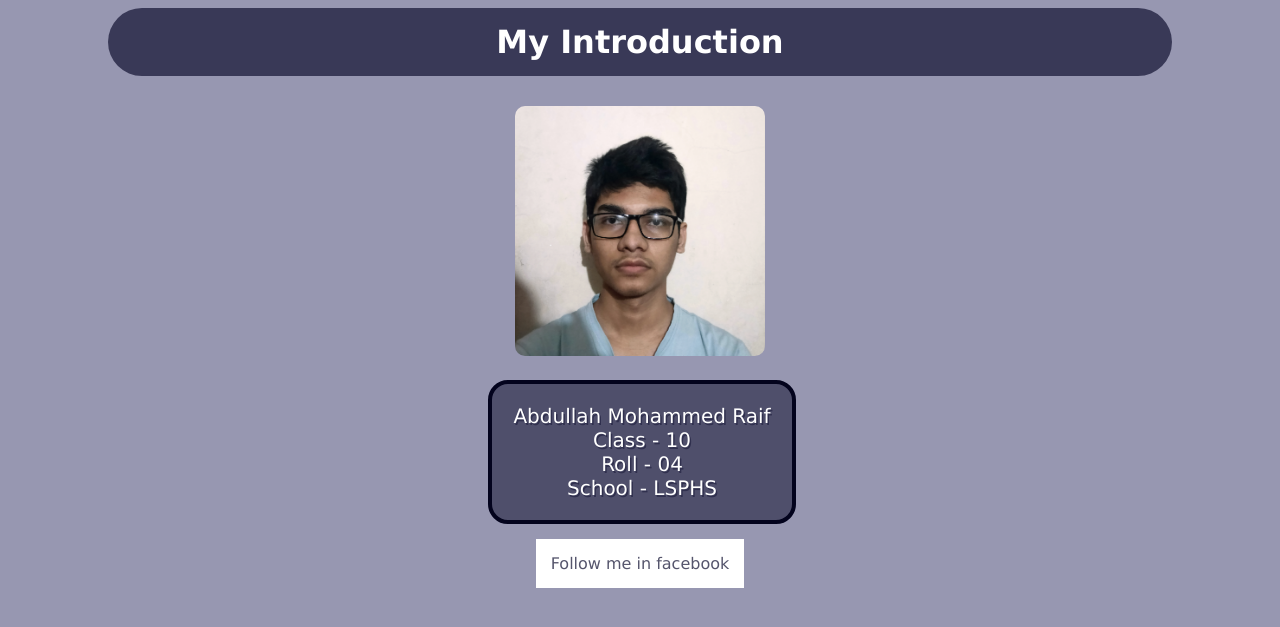
Repository: Raif-007/Portfolio
Page: index.html
These files come from the project's save history. The page is drawn as it stood at one moment and after the next save; the edit follows.
The browser window is 1280 px wide. The pictures show the whole page.

Above is the page before, as saved 2021-07-05 17:35:56.

After the next save:
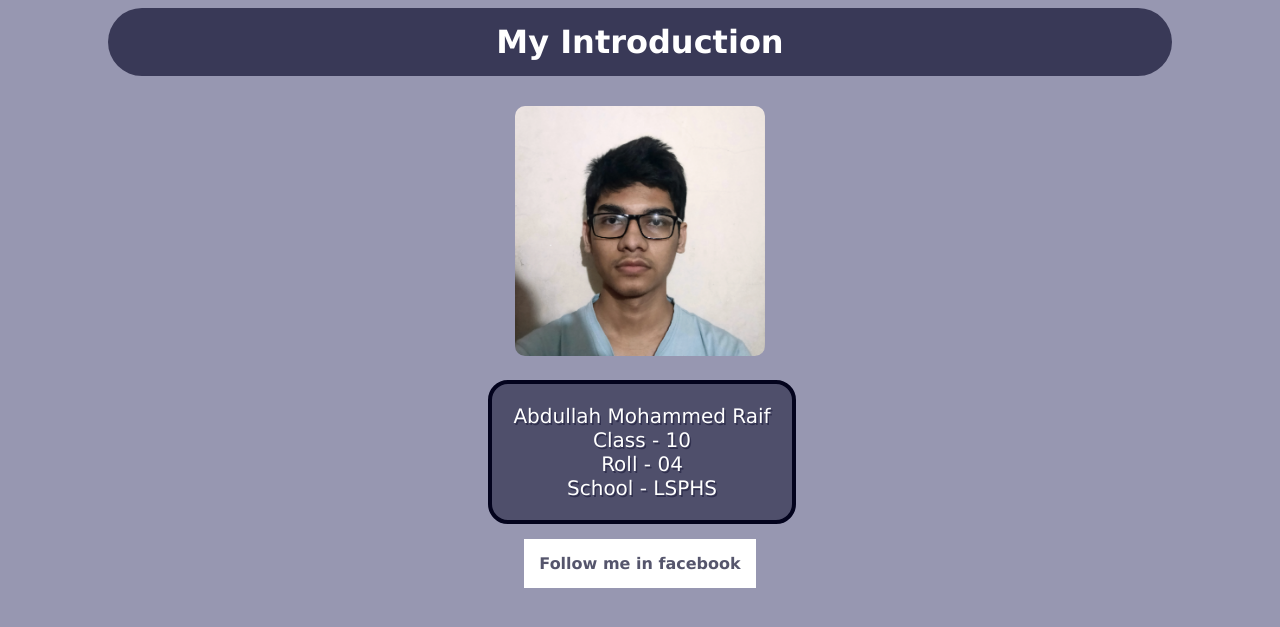
Saved 7 s later.
--- a/styles.css
+++ b/styles.css
@@ -36,7 +36,7 @@
                 color: rgba(25, 25, 56, 0.74);
                 text-decoration: none;
                 padding: 15px;
-                font-weight: 500;
+                font-weight: 700;
             }
 
             a:hover {}
